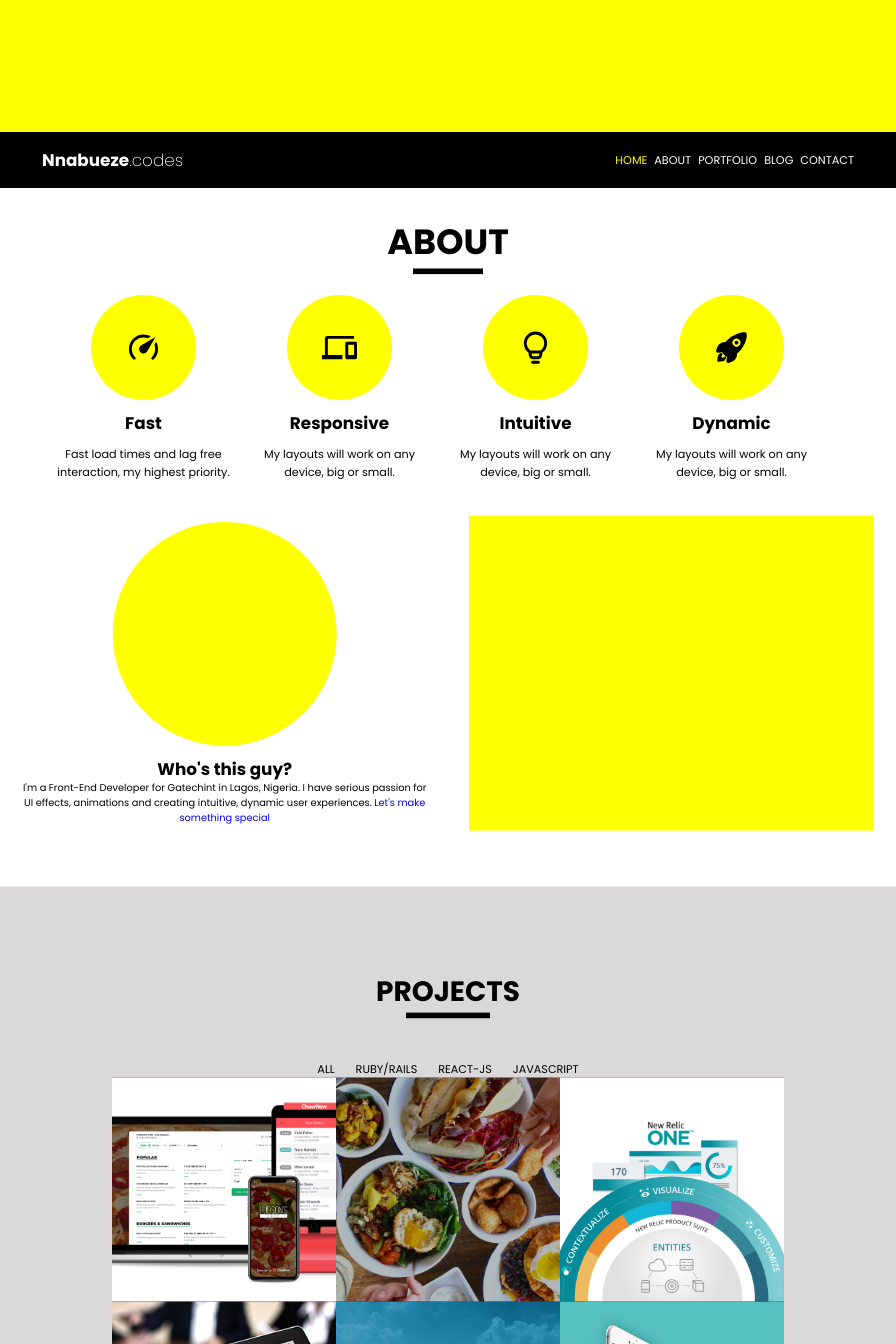
Repository: Ikebobo11/webweb
Page: index.html
These files come from the project's save history. The page is drawn as it stood at one moment and after the next save; the edit follows.
The browser window is 1280 px wide. The pictures show the part of the page from y = 452 to 2372 px (the page is 4615 px tall), at 70% of full size.
Some web libraries are served in a nearby version.

Above is the page before, as saved 2025-07-14 10:53:39.

### index.html
<!DOCTYPE html>
<html lang="en">
<head>
    <meta charset="UTF-8">
    <meta name="viewport" content="width=device-width, initial-scale=1.0">
    <link rel="stylesheet" href="style.css">
    <link rel="preconnect" href="https://fonts.googleapis.com">
    <link rel="preconnect" href="https://fonts.gstatic.com" crossorigin>
    <link href="https://fonts.googleapis.com/css2?family=Poppins:ital,wght@0,100;0,200;0,300;0,400;0,500;0,600;0,700;0,800;0,900;1,100;1,200;1,300;1,400;1,500;1,600;1,700;1,800;1,900&display=swap" rel="stylesheet">
    <script src="https://kit.fontawesome.com/5b2f8a38d7.js" crossorigin="anonymous"></script>
    <title>Document</title>
</head>
<body>
    <header>
        <div class="sec-1">
            <div class="div-1">
                <div class="div-2">
                    <h1 class="head-1"><span class="span-1">Hello, I'm </span> <span class="span-2">Ezeji Nnabueze</span>. I'm a frontend web developer</h1>
                    </div>
                    <button class="link-1" href="#">View my work <span> &rarr;</span></button>
                </div>
             <div>
        </div>
    </div>

    <div class="sec-2">
        <h2>Nnabueze<span class="span-3">.codes</span></h2>
        <nav>
            <a class="a-1" href="">HOME</a>
            <a  class="a-2" href="">ABOUT</a>
            <a class="a-2" href="">PORTFOLIO</a>
            <a class="a-2" href="">BLOG</a>
            <a class="a-2" href="">CONTACT</a>
        </nav>
        <img class="icon-image" src="./menu-burger.png">
    </div>
    </header>
    <section class="first-section">
        <h1 class="first-head">ABOUT</h1>
        <div class="first-hr"></div>
        <div class="first-div">
            <div class="head-div">
                <div class="second-div">
                    <img class="first-image" src="./fast.svg"/>
                </div>
                <h2 class="second-head">Fast</h2>
                <p class="first-p">Fast load times and lag free interaction, my highest priority.</p>
            </div>
            <div class="head-div">
            <div class="second-div">
                <img class="first-image" src="./responsive.svg"/>
            </div>
                <h2 class="second-head">Responsive</h2>
                <p class="first-p">My layouts will work on any device, big or small.</p>
            </div>
            <div class="head-div">
            <div class="second-div">
                <img class="first-image" src="./intuitive.svg"/>
            </div>
            <h2 class="second-head">Intuitive</h2>
            <p class="first-p">My layouts will work on any device, big or small.</p>
            </div>
            <div class="head-div">
                    <div class="second-div">
                        <img class="first-image" src="./dynamic.svg"/>
                    </div>
                    <h2 class="second-head">Dynamic</h2>
                    <p class="first-p">My layouts will work on any device, big or small.</p>
                </div>
        </div>
    </section>
    <section class="second-section">
        <div class="third-div">
            <div class="fourth-div">
            </div>
            <h2 class="third-head">Who's this guy?</h2>
            <p class="second-p">I'm a Front-End Developer for Gatechint in Lagos, Nigeria. I have serious passion for UI effects, animations and creating intuitive, dynamic user experiences.<a class="first-link" href="#"> Let's make something special</a></p>
        </div>
        <div class="fifth-div"></div>
    </section>
    <section class="fourth-section">
        <h1 class="fourth-head">PROJECTS</h1>
        <div class="underline-div"></div>
        <nav class="first-nav">
            <p>ALL</p>
            <p>RUBY/RAILS</p>
            <p>REACT-JS</p>
            <p>JAVASCRIPT</p>
        </nav>

        <div class="sixth-div">

            <div class="project div-a"></div>
            <div class="project div-b"></div>
            <div class="project div-c"></div>
            <div class="project div-d"></div>
            <div class="project div-e"></div>
            <div class="project div-f"></div>
            <div class="project div-g"></div>
            <div class="project div-h"></div>
            <div class="project div-i"></div>
        </div>
    </section>
    <section class="fifth-section">
        <h1 class="first-head">BLOG</h1>
        <div class="first-hr"></div>
        <div class="last-image-div">
            <div class="last-image-div-a">
                <div class="hover new-div-a just-div">
                    <div class="image-div-a"></div>
                    <h3 class="new-head-a">Breaking Your Coder's Block</h3>
                    <p class="new-p-a">April 29,2016</p>
                    <p class="new-p-b"> At one time or another, as a developer, we've all found ourselves hopelessly stuck on a coding issue ...</p>
                </div>
                <div class="hover new-div-b ">
                    <div class="image-div-b just-div"></div>
                    <h3>!Awake: This is Your Brain on Caffeine</h3>
                    <p class="new-p-a">MARCH 19, 2015</p>
                    <p class="new-p-b">If there's one thing I can truly claim to be an expert on, it's staying awake. For five years I struggled to stay employed ...</p>
                </div>
                <div class="hover new-div-c">
                    <div class="image-div-c just-div"></div>
                    <h3>Getting a handle on Handlebars</h3>
                    <p class="new-p-a">MARCH 4, 2015</p>
                    <p class="new-p-b">Here at EyeCue Lab we render most of our data-laden HTML pages in Handlebar templates ...</p>
                </div>
                <div class="hover new-div-d">
                    <div class="image-div-d just-div"></div>
                    <h3>5 Extensions for Your Chrome Toolbelt</h3>
                    <p class="new-p-a">FEBRUARY 23, 2015</p>
                    <p class="new-p-b">If you're not using Google Chrome as a front-end web developer, you're missing out. Not only is Chrome the ...</p>
                </div>
            </section>
                <section class="sixth-section">
                    <!-- <img src="./blog-2.jpg"> -->
                    <h1 class="first-head">CONTACT</h1>
                    <div class="second-hr"></div>
                    <p class="new-p-c">Have a question or want to work together? </p>
                    <!-- <div class="new-div-e"></div> -->
                    <form>
                        <input class="new-input-a" placeholder="Name">
                        <input class="new-input-b" placeholder="Enter Email">
                        <textarea class="new-input-c" placeholder="Type your message..."></textarea>
                        <input class="new-input-d" type="submit" value="submit"/>

                    <!-- </div> -->

                </section>
            </div>
        </div>
    </section>
    <footer>
        <div class="icon-div-a"><i class="fa-solid fa-angles-up icon-a"></i></div>
        <div class="head-icon-div">
            <div class="icon-div-b"><i class="fa-brands fa-github icon-a"></i></div>
            <div class="icon-div-b"><i class="fa-brands fa-linkedin-in icon-a"></i></div>
            <div class="icon-div-b"><i class="fa-brands fa-instagram icon-a"></i></div>
            <div class="icon-div-b"><i class="fa-brands fa-twitter icon-a"></i></div>
        </div>
        <p class="footer-p">Ezeji Nnabueze &copy; 2025</p>
    </footer>
</body>
</html>

### style.css
*{
    padding: 0px;
    margin: 0px;
    box-sizing: border-box;
    max-width: 100%;
}
body{
    font-family: "Poppins", sans-serif;
    max-width: 100vw;
}
.sec-1{
    background-color: yellow;
    /* padding-block: 200px; */
    /* padding-inline:30%; */
    height: calc(100vh - 80px);
    display: flex;
    justify-content: center;
    align-items: center;

}
.div-2{
    word-wrap: break-word;
    max-width: 560px;
    margin-inline: auto;
    font-weight: 300;
    overflow: hidden;
    @media(max-width:800px){
        font-size: small;
    }
}
.head-1{
    text-align: center;
    font-size: 40px;
    font-weight: 300;

}
.link-1{
    border: 2px solid black;
    padding: 15px;
    margin-inline: auto;
    display: block;
    margin-top: 40px;
    background-color: yellow;
    border-radius: 10px;
    font-size: 20px;
}
.span-2{
    font-weight: 600;
}
.span-1{
    font-weight: 100;
}
.link-1:hover{
    background-color: black;
    color: white;
}
.sec-2{
    height:20px;
    background-color: black;
    display: flex;
    align-items: center;
    justify-content: space-between;
    color: white;
    padding: 40px 60px;
}
nav{
    display: flex;
    gap: 10px;
    @media(max-width:800px){
        display: none;
    }
}
.icon-image{
    /* max-width: 100%;
    width: 10%; */
    display: none;
    filter: invert(1);
    @media(max-width: 800px) {
        display: block;
    }
}
.a-2{
    color: white;
    text-decoration: none;
}
.a-1{
    color: yellow;
    text-decoration: none;
}
.a-2:hover{
    color: yellow;
}
.span-3{
    font-weight: 200;
}
.first-section{

}
.first-head{
    text-align: center;
    margin-block: 40px 0px;
    font-size: 50px;
}
.first-hr{
    height:8px;
    background-color: black;
    width: 100px;
    margin: auto;
}
.first-div{
    display: grid;
    grid-template-columns: 1fr 1fr 1fr 1fr;
    justify-content: space-between;
    margin-inline: auto;
    margin-block: 30px 50px;
    max-width: 1120px;

    @media(max-width:1000px){
        grid-template-columns: 1fr 1fr ;
        margin-inline:auto;
        width: 600px;
    }
    @media (max-width:500px) {
        grid-template-columns: 1fr;
        margin-inline: auto;
        width: 250px;
    }
}
.first-image{
    width: 50px;

}
.second-div{
    background-color: yellow;
    width: 150px;
    height: 150px;
    border-radius: 150px;
    display: flex;
    justify-content: center;
    align-items: center;
    margin-inline: auto;
}
.head-div{
    width: 250px;
}
.second-head{
    text-align: center;
    margin-block: 15px;
}
.first-p{
    text-align: center;
}
.second-section{
    display: grid;
    grid-template-columns: 1fr 1fr;
    align-items: center;
    gap:60px;
    max-width: 1120px;
    margin-inline: auto;
    padding-inline: 2rem;
    /* margin-inline: 180px; */
    margin-bottom: 80px;
    max-width: 2000px;
    @media(max-width:800px){
        grid-template-columns: 1fr;
    }

}
.third-div{
    /* width: 960px; */
    /* height: 450px; */

}
.fourth-div{
    background-color: yellow;
    height: 320px;
    max-width: 320px;
    border-radius: 320px;
    margin-inline: auto;
}
.fifth-div{
    background-color: yellow;
    /* width: 960px; */
    height: 450px;
}
.third-head{
    text-align: center;
    margin-top: 15px;
}
.second-p{
    font-size: 14px;
    text-align: center;
}
.first-link{
    text-decoration: none;
}
.fourth-section{
    background-color: rgba(196, 193, 193, 0.63);
    padding-block: 120px 40px;
    margin-bottom: 100px;
}
.sixth-div{
    display: grid;
    grid-template-columns: 1fr 1fr 1fr;
    max-width: 960px;
    margin-inline: auto;
    @media(max-width:900px) {
        grid-template-columns: 1fr 1fr;
        /* max-width: 620px; */
        margin-inline: auto;
        padding-inline: 10%;

    }
    @media (max-width:650px) {
        grid-template-columns: 1fr;
        /* max-width: 320px; */
        margin-inline: auto;
        padding-inline: 10%;
    }

}
.project{
    background-size: cover;
    /* max-width:320px ; */
    height: 320px;
    background-position: center;
    background-color: blue;
}
.div-a{
    background-image: url(./project-1.jpg);
}

.div-b{
    background-image: url(./project-2.jpg);
}
.div-c{
    background-image: url(./project-3.png);
}
.div-d{
    background-image: url(./project-4.jpg);
}
.div-e{
    background-image: url(./project-5.jpg);
}
.div-f{
    background-image: url(./project-6.jpg);
}
.div-g{
    background-image: url(./project-7.jpg);
}
.div-h{
    background-image: url(./project-8.jpg);
}
.div-i{
    background-image: url(./project-9.jpg);

}
.underline-div{
    background-color: black;
    height: 8px;
    width: 120px;
    margin-inline: auto;
    margin-bottom: 60px;
}
.fourth-head{
    font-size: 40px;
    text-align: center;
}
.first-nav{
    display: flex;
    justify-content: center;
    gap: 30px;
    flex-wrap: wrap;
}
.last-image-div-a{
    /* width: 100vw; */
    display: grid;
    grid-template-columns: 1fr 1fr 1fr 1fr;
    gap: 20px;
    padding-block: 100px;
    max-width: 1120px;
    margin-inline: auto;
    @media (max-width:800px) {
        grid-template-columns:1fr 1fr;
        margin-inline: auto;
    }
    @media (max-width:640px) {
        grid-template-columns: 1fr;
        padding-inline: 16px;
    }
}
.just-div{
    max-width: 408px;
}
.new-image-a{
    width: 270px;

}
.image-div-a{
    background-image: url(./blog-1.jpg);
    height: 180px;
    background-size: cover;
    background-position: center;
}
.image-div-b{
    background-image: url(./blog-2.jpg);
    height: 180px;
    background-size: cover;
    background-position: center;
}
.image-div-c{
    background-image: url(./blog-3.jpg);
    height: 180px;
    background-size: cover;
    background-position: center;
}
.image-div-d{
    background-image: url(./blog-4.jpg);
    height: 180px;
    background-size: cover;
    background-position: center;
}
.new-p-a{
    margin-block: 15px;
    font-size: 12px;
}
.new-p-b{
    font-size: 13.5px;
}
.sixth-section{
    background-color: black;
    color: white;
    padding-block: 100px 60px;
}
.new-input-a{
    display: block;
    margin: auto;
    width: 400px;
    height: 60px;
}
.new-input-b{
    display: block;
    margin: auto;
    width: 400px;
    height: 60px;
}
.new-input-c{
    display: block;
    margin: auto;
    width: 400px;
    height: 80px;
}
.new-input-d{
    display: block;
    margin: auto;
    width: 400px;
    height: 80px;
    color: white;
    border: 2px solid white;
    background-color: black;
    margin-top: 5px;
}
.second-hr{
    background-color:white;
    height: 8px;
    width: 120px;
    margin-inline: auto;
}
.new-p-c{
    color: aqua;
    text-align: center;
    margin-block: 40px 25px;
}
footer{
    background-color: yellow;
    padding-block: 20px;
}
.head-icon-div{
    display: flex;
    gap: 20px;
    max-width: 20rem;
    margin-inline: auto;
}
.icon-div-a{
    max-width: 3rem;
    height: 4rem;
    background-color: black;
    display: flex;
    align-items: center;
    justify-content: center;
    margin-inline: auto;
    margin-block: -2.5rem 2rem;
    border: 1px solid white;
}
.icon-div-b{
    max-width: 3rem;
    height: 4rem;
    background-color: black;
    display: flex;
    align-items: center;
    justify-content: center;
    margin-inline: auto;
    margin-bottom:2rem;
    padding-inline: 10px;

}
.icon-a{
    color: aqua;

    font-size: 2rem;
}
.footer-p{
    text-align: center;
}

.hover:hover h3 {
 color: teal;
}
.new-div-a:hover~.hover {
    opacity: 0.4;
}
.new-div-b:hover~.hover{
    opacity: 0.4;
}
.new-div-c:hover~.hover{
    opacity: 0.4;
}
.new-div-d:hover~.hover{
    opacity: 0.4;
}

After the next save:
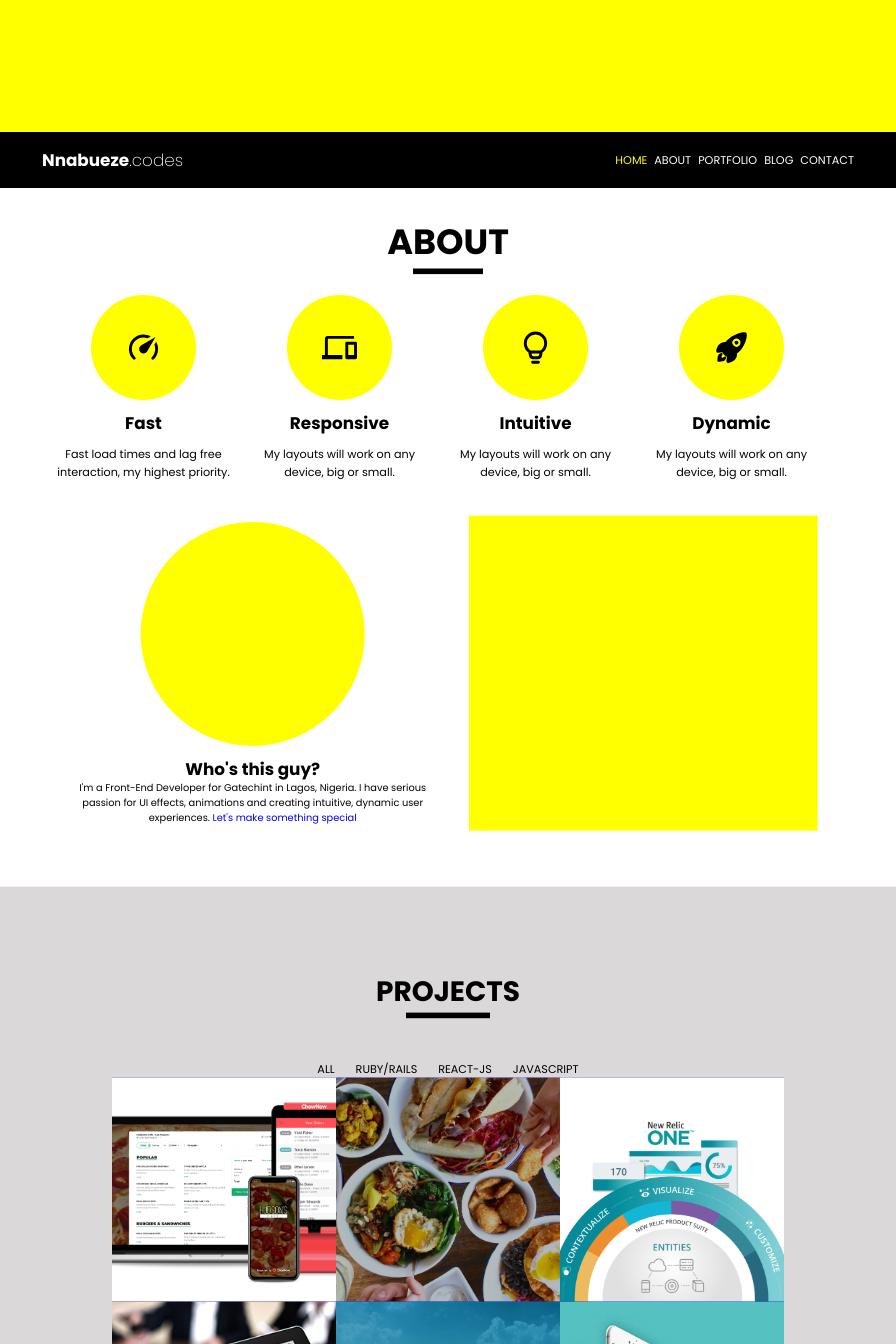
Saved 3 min 20 s later.
--- a/style.css
+++ b/style.css
@@ -160,7 +160,6 @@
     padding-inline: 2rem;
     /* margin-inline: 180px; */
     margin-bottom: 80px;
-    max-width: 2000px;
     @media(max-width:800px){
         grid-template-columns: 1fr;
     }
